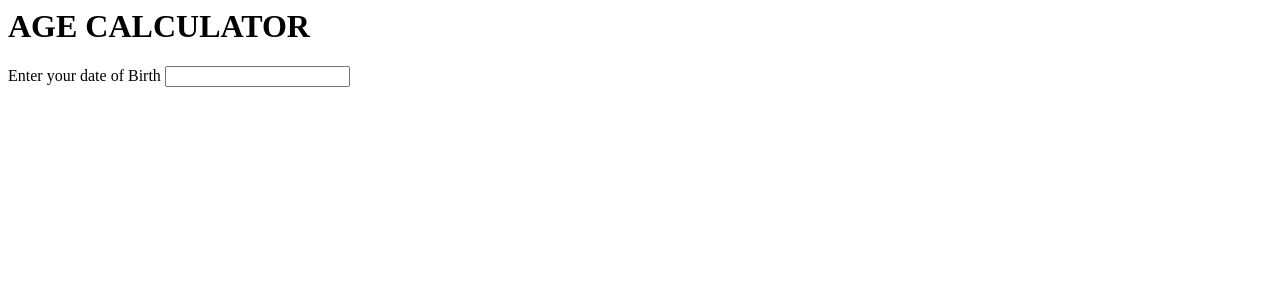
Repository: Femi007-gh/Calculator
Page: index.html
An editor plug-in stored every save of this project. The page is shown before and after a run of saves, followed by the edit.
The browser window is 1280 px wide. The pictures show the whole page.

Above is the page before, as saved 2025-03-27 07:26:52.
Not found: script.js

After the next 2 saves:
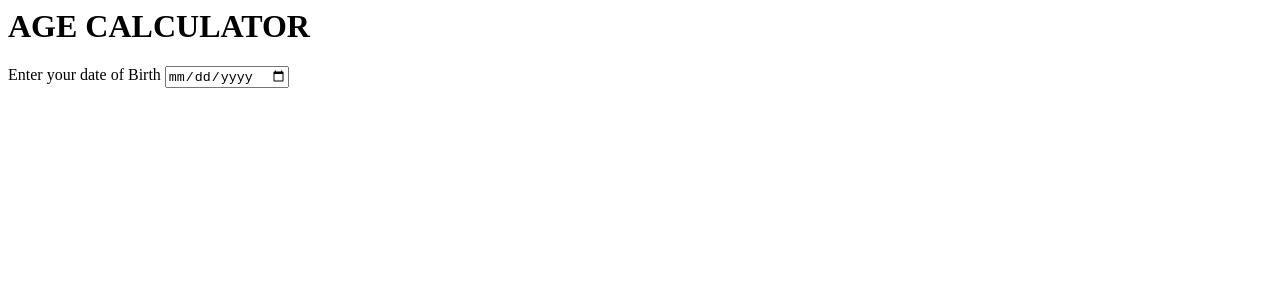
The 2 saves are shown as one change because they came seconds apart.
The last was saved 9 s later.
--- a/index.html
+++ b/index.html
@@ -10,7 +10,7 @@
       </div>
       <div>
         <label>Enter your date of Birth</label>
-        <input id="inputDOB">
+        <input id="inputDOB" type="date">
       </div>
     </div>
   </body>
